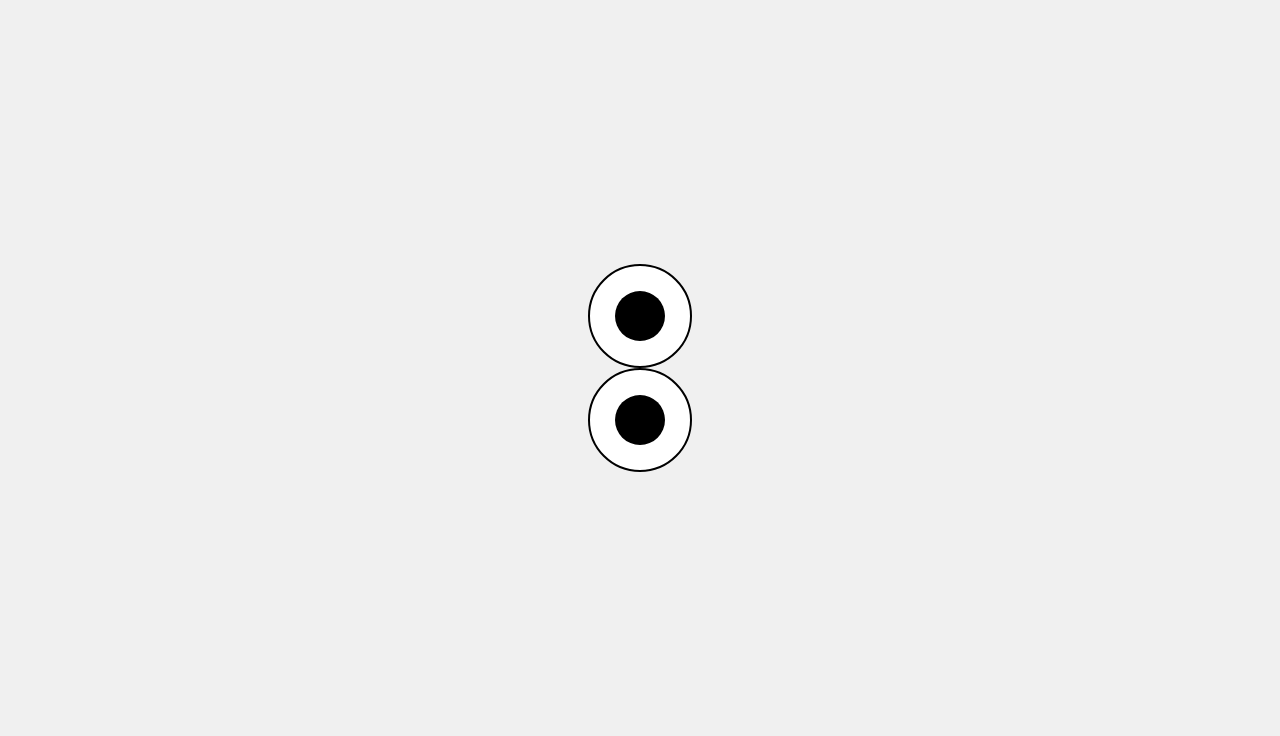
Repository: lorenzocunha/bender
Page: index.html
An editor plug-in stored every save of this project. The page is shown before and after the next save, followed by the edit.
The browser window is 1280 px wide. The pictures show the whole page.
Some web libraries are served in a nearby version.

Above is the page before, as saved 2024-03-24 10:49:11.

### index.html
<!DOCTYPE html>

<html lang="PT-BR">
    <meta charset="UTF-8">
    <meta name="viewport" content="width=device-width, initial-scale=1.0">
    <title>Bender</title>
    <link rel="stylesheet" href="style.css">
    <script src="https://cdnjs.cloudflare.com/ajax/libs/lottie-web/5.7.4/lottie.min.js"></script>
</head>

<body>
    <div class="container">
        <div id="bender" class="Bender">
            <div class="eye" id="eye1"><div class="pupil" id="pupil1"></div></div>
            <div class="eye" id="eye2"><div class="pupil" id="pupil2"></div></div>
            <script src="script.js"></script>
        </div>
    </div>
</body>
</html>

### style.css
.Bender svg {
    width: 400px;
}

body {
    display: flex;
    justify-content: center;
    align-items: center;
    height: 100vh;
    background-color: #f0f0f0;
}

.eye {
    position: relative;
    width: 100px;
    height: 100px;
    background-color: #fff;
    border-radius: 50%;
    margin: 0 20px;
    display: flex;
    justify-content: center;
    align-items: center;
    border: 2px solid #000;
}

.pupil {
    position: absolute;
    width: 50px;
    height: 50px;
    background-color: #000;
    border-radius: 50%;
}

### script.js
document.addEventListener('mousemove', (event) => {
    const eyes = document.querySelectorAll('.eye');
    eyes.forEach(eye => {
        const { left, top, width, height } = eye.getBoundingClientRect();
        const eyeCenterX = left + width / 2;
        const eyeCenterY = top + height / 2;
        const mouseX = event.clientX;
        const mouseY = event.clientY;
        const angle = Math.atan2(mouseY - eyeCenterY, mouseX - eyeCenterX);
        const radius = Math.min(width, height) / 4;
        const pupilX = radius * Math.cos(angle);
        const pupilY = radius * Math.sin(angle);
        const pupil = eye.querySelector('.pupil');
        pupil.style.transform = `translate(${pupilX}px, ${pupilY}px)`;
    });
});

After the next save:
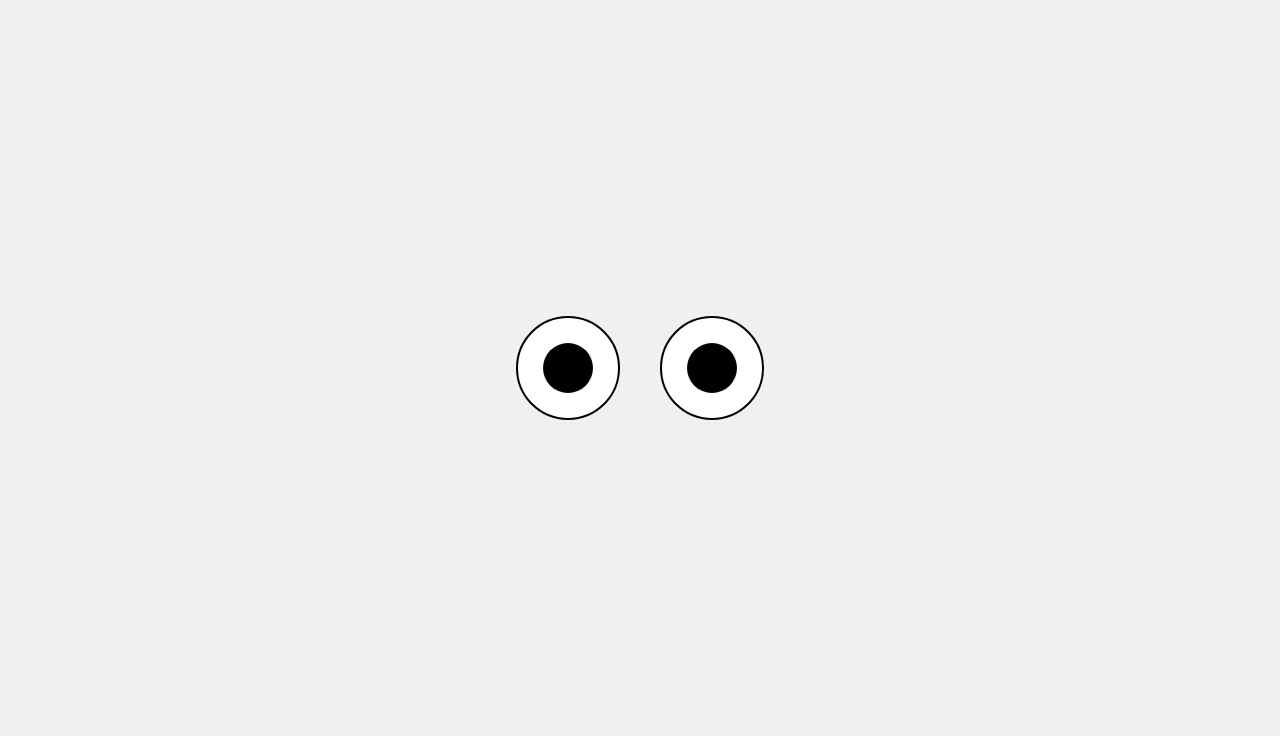
Saved 105 s later.
--- a/style.css
+++ b/style.css
@@ -1,7 +1,9 @@
 .Bender svg {
     width: 400px;
 }
-
+.Bender {
+    display: flex;
+}
 body {
     display: flex;
     justify-content: center;
